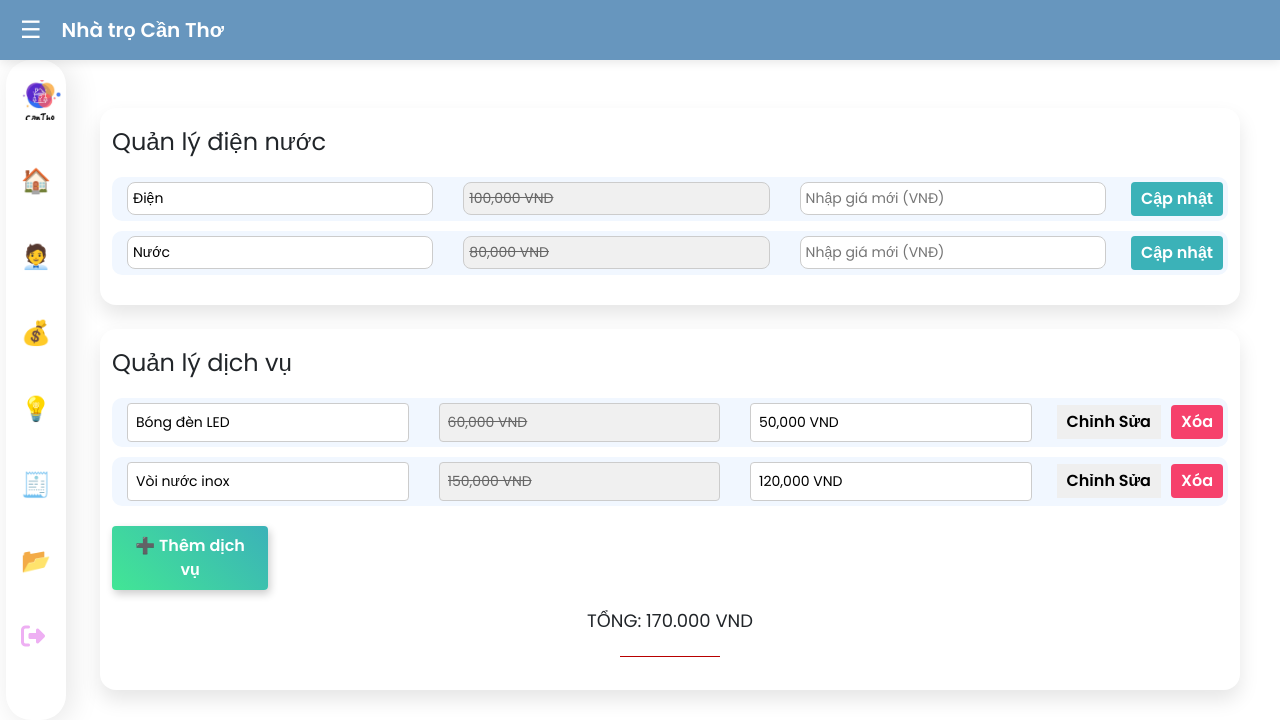
Repository: nhutty0402/DoAn02
Page: HTML/dichvu.html
The author's editor kept a copy of each file at every save. The page is drawn from the files as they stood at one save, then again after a run of saves.
The browser window is 1280 px wide. The pictures show the whole page.

Above is the page before, as saved 2025-03-21 00:18:51.

### HTML/dichvu.html
<!DOCTYPE html>
<html>
<head>
    <meta charset="utf-8">
    <meta http-equiv="X-UA-Compatible" content="IE=edge">
    <title></title>
    <meta name="description" content="">
    <meta name="viewport" content="width=device-width, initial-scale=1">
    <link rel="stylesheet" href="../css/dichvu.css">

    <!-- CSS -->
    <link href="https://cdn.jsdelivr.net/npm/bootstrap@5.3.3/dist/css/bootstrap.min.css" rel="stylesheet" integrity="sha384-QWTKZyjpPEjISv5WaRU9OFeRpok6YctnYmDr5pNlyT2bRjXh0JMhjY6hW+ALEwIH" crossorigin="anonymous">
    <link href="https://fonts.googleapis.com/css2?family=Poppins:wght@300;400;600&display=swap" rel="stylesheet">
    <link rel="stylesheet" href="https://cdnjs.cloudflare.com/ajax/libs/font-awesome/6.4.2/css/all.min.css">

    <!-- JS -->
    <script src="https://cdnjs.cloudflare.com/ajax/libs/jquery/3.7.1/jquery.min.js" integrity="sha512-v2CJ7UaYy4JwqLDIrZUI/4hqeoQieOmAZNXBeQyjo21dadnwR+8ZaIJVT8EE2iyI61OV8e6M8PP2/4hpQINQ/g==" crossorigin="anonymous" referrerpolicy="no-referrer"></script>
    <script src="https://cdn.jsdelivr.net/npm/@popperjs/core@2.11.8/dist/umd/popper.min.js" integrity="sha384-I7E8VVD/ismYTF4hNIPjVp/Zjvgyol6VFvRkX/vR+Vc4jQkC+hVqc2pM8ODewa9r" crossorigin="anonymous"></script>
    <script src="https://cdn.jsdelivr.net/npm/bootstrap@5.3.3/dist/js/bootstrap.min.js" integrity="sha384-0pUGZvbkm6XF6gxjEnlmuGrJXVbNuzT9qBBavbLwCsOGabYfZo0T0to5eqruptLy" crossorigin="anonymous"></script>
</head>

<body>
    <header class="header">
        <div class="menu-toggle">☰</div>
        <div class="header-title">Nhà trọ Cần Thơ</div>
    </header>

    <div class="sidebar">
        <div class="logo_content">
            <div class="logo">
                <div class="icon">
                    <img src="../imag/moi.jpg" alt="Logo">
                </div>
                <div class="logo_name">Xin chào, admin</div>
            </div>
        </div>
        <ul class="nav_list">
            <li><a href="menu.html"><span class="icon">🏠</span><span class="link_name">Trang chủ</span></a></li>
            <li><a href="Quanlykhachhang.html"><span class="icon">🧑‍💼</span><span class="link_name">Quản lý khách hàng</span></a></li>
            <li><a href="doanhthu.html"><span class="icon">💰</span><span class="link_name">Doanh thu</span></a></li>
            <li><a href="dichvu.html"><span class="icon">💡</span><span class="link_name">Dịch vụ</span></a></li>
            <li><a href="hoadon.html"><span class="icon">🧾</span><span class="link_name">Hóa đơn</span></a></li>
            <li><a href="quanlihopdong.html"><span class="icon">📂</span><span class="link_name">Quản lý hợp đồng</span></a></li>
            <li><a href="dangxuat.html" class="logout-link"><span class="icon"><i class="fas fa-sign-out-alt"></i></span><span class="link_name">Đăng Xuất</span></a></li>
        </ul>
    </div>

    <div class="content flex-grow-1 p-4">
        <div class="topbar d-flex justify-content-between align-items-center mb-4"></div>

        <!-- Quản lý điện nước -->
        <div class="container">
            <div class="cf-title-03">
                <h3>Quản lý điện nước</h3>
            </div>
            <div id="product-list">
                <!-- Sản phẩm mẫu được thêm trực tiếp trong HTML -->
                <div class="product">
                    <input type="text" value="Điện" placeholder="Tên sản phẩm" readonly>
                    <input type="text" value="100,000 VND" placeholder="Giá cũ (VNĐ)" readonly class="old-price">
                    <input type="text" value="" placeholder="Nhập giá mới (VNĐ)" oninput="formatCurrency(this)">
                    <div class="btn-group">
                        <button class="update-btn" onclick="updateProduct(this)">Cập nhật</button>
                    </div>
                </div>
                <div class="product">
                    <input type="text" value="Nước" placeholder="Tên sản phẩm" readonly>
                    <input type="text" value="80,000 VND" placeholder="Giá cũ (VNĐ)" readonly class="old-price">
                    <input type="text" value="" placeholder="Nhập giá mới (VNĐ)" oninput="formatCurrency(this)">
                    <div class="btn-group">
                        <button class="update-btn" onclick="updateProduct(this)">Cập nhật</button>
                    </div>
                </div>
            </div>
        </div><br>

        <!-- Quản lý dịch vụ -->
        <div class="container">
            <div class="cf-title-03">
                <h3>Quản lý dịch vụ</h3>
            </div>
            <div id="service-list">
                <!-- Dịch vụ mẫu được thêm trực tiếp trong HTML -->
                <div class="service">
                    <input type="text" value="Bóng đèn LED" placeholder="Tên sản phẩm" readonly class="product-name">
                    <input type="text" value="60,000 VND" placeholder="Giá cũ (VNĐ)" readonly class="old-price">
                    <input type="text" value="50,000 VND" placeholder="Nhập giá mới (VNĐ)" readonly class="new-price">
                    <div class="btn-group">
                        <button class="up-btn" onclick="updateService(this)">Chỉnh Sửa</button>
                        <button class="delete-btn" onclick="deleteService(this)">Xóa</button>
                    </div>
                </div>
                <div class="service">
                    <input type="text" value="Vòi nước inox" placeholder="Tên sản phẩm" readonly class="product-name">
                    <input type="text" value="150,000 VND" placeholder="Giá cũ (VNĐ)" readonly class="old-price">
                    <input type="text" value="120,000 VND" placeholder="Nhập giá mới (VNĐ)" readonly class="new-price">
                    <div class="btn-group">
                        <button class="up-btn" onclick="updateService(this)">Chỉnh Sửa</button>
                        <button class="delete-btn" onclick="deleteService(this)">Xóa</button>
                    </div>
                </div>
            </div>
            <button class="add-btn" onclick="addService()">➕ Thêm dịch vụ</button>
            <div class="cf-title-01">
                <h6>TỔNG: <span id="total-price">0 VND</span></h6>
            </div>
        </div>

    <!-- JavaScript -->
    <script>
        const toggle = document.querySelector('.menu-toggle');
        const sidebar = document.querySelector('.sidebar');
        toggle.addEventListener('click', () => {
            sidebar.classList.toggle('active');
        });

        function formatCurrency(input) {
            let value = input.value.replace(/\D/g, '');
            if (value === '') {
                input.value = '';
                return;
            }
            let number = parseInt(value, 10);
            input.value = number.toLocaleString('vi-VN') + ' VND';
        }

        function addService(name = "", price = "", oldPrice = "") {
            let serviceList = document.getElementById("service-list");
            let serviceDiv = document.createElement("div");
            serviceDiv.classList.add("service");
            serviceDiv.innerHTML = `
                <input type="text" value="${name}" placeholder="Tên sản phẩm">
                <input type="text" value="${oldPrice ? parseInt(oldPrice).toLocaleString('vi-VN') + ' VND' : ''}" placeholder="Giá cũ (VNĐ)" readonly class="old-price">
                <input type="text" value="${price}" placeholder="Nhập giá mới (VNĐ)" oninput="formatCurrency(this)">
                <div class="btn-group">
                    <button class="update-btn" onclick="updateService(this)">Cập nhật</button>
                    <button class="delete-btn" onclick="deleteService(this)">Xóa</button>
                </div>
            `;
            serviceList.appendChild(serviceDiv);
        }

        function updateProduct(button) {
            let productDiv = button.closest(".product");
            let inputs = productDiv.querySelectorAll("input");
            if (button.innerText === "Cập nhật") {
                let name = inputs[0].value.trim();
                let price = inputs[2].value.trim().replace(/\D/g, '');
                if (name === "" || price === "") {
                    alert("Vui lòng nhập đầy đủ thông tin!");
                    return;
                }
                inputs[0].setAttribute("readonly", true);
                inputs[2].setAttribute("readonly", true);
                button.innerText = "Chỉnh sửa";
                button.classList.remove("update-btn");
                button.classList.add("edi-btn");
                alert(`Cập nhật thành công: ${name} - ${inputs[2].value}`);
            } else {
                inputs[0].removeAttribute("readonly");
                inputs[2].removeAttribute("readonly");
                button.innerText = "Cập nhật";
                button.classList.remove("edi-btn");
                button.classList.add("update-btn");
            }
        }

        function updateService(button) {
            let serviceDiv = button.closest(".service");
            let inputs = serviceDiv.querySelectorAll("input");
            if (button.innerText === "Cập nhật") {
                let name = inputs[0].value.trim();
                let price = inputs[2].value.trim().replace(/\D/g, '');
                if (name === "" || price === "") {
                    alert("Vui lòng nhập đầy đủ thông tin!");
                    return;
                }
                inputs[0].setAttribute("readonly", true);
                inputs[2].setAttribute("readonly", true);
                button.innerText = "Chỉnh sửa";
                button.classList.remove("update-btn");
                button.classList.add("edi-btn");
                alert(`Cập nhật thành công: ${name} - ${inputs[2].value}`);
            } else {
                inputs[0].removeAttribute("readonly");
                inputs[2].removeAttribute("readonly");
                button.innerText = "Cập nhật";
                button.classList.remove("edi-btn");
                button.classList.add("update-btn");
            }
        }

        function deleteService(button) {
            if (confirm("Bạn có chắc muốn xóa sản phẩm này?")) {
                button.closest(".service").remove();
            }
        }
    </script>
    <!--Tính tổng-->
    <script>
        // Hàm tính tổng giá mới và hiển thị
        function calculateTotal() {
            const newPriceInputs = document.querySelectorAll('.new-price');
            let total = 0;

            newPriceInputs.forEach(input => {
                // Lấy giá trị từ input, loại bỏ " VND" và dấu phẩy
                const priceText = input.value.replace(' VND', '').replace(/,/g, '');
                const price = parseFloat(priceText) || 0; // Chuyển thành số, nếu không hợp lệ thì trả về 0
                total += price;
            });

            // Định dạng tổng với dấu phẩy và thêm " VND"
            const formattedTotal = total.toLocaleString('vi-VN') + ' VND';
            document.getElementById('total-price').textContent = formattedTotal;
        }

        // Hàm thêm dịch vụ mới
        function addService() {
            const serviceList = document.getElementById('service-list');
            const newService = document.createElement('div');
            newService.className = 'service';
            newService.innerHTML = `
                <input type="text" placeholder="Tên sản phẩm" class="product-name">
                <input type="text" placeholder="Giá cũ (VNĐ)" class="old-price">
                <input type="text" placeholder="Nhập giá mới (VNĐ)" class="new-price" oninput="calculateTotal()">
                <div class="btn-group">
                    <button class="up-btn" onclick="updateService(this)">Chỉnh sửa</button>
                    <button class="delete-btn" onclick="deleteService(this)">Xóa</button>
                </div>
            `;
            serviceList.appendChild(newService);
            calculateTotal(); // Cập nhật tổng sau khi thêm
        }

        // Hàm chỉnh sửa dịch vụ (giữ đơn giản, chỉ cho phép chỉnh sửa và lưu)
        function updateService(button) {
            const service = button.closest('.service');
            const inputs = service.querySelectorAll('input');
            const isReadOnly = inputs[0].hasAttribute('readonly');

            if (isReadOnly) {
                // Chuyển sang chế độ chỉnh sửa
                inputs.forEach(input => input.removeAttribute('readonly'));
                button.textContent = 'Cập Nhật';
            } else {
                // Chuyển về chế độ readonly
                inputs.forEach(input => input.setAttribute('readonly', true));
                button.textContent = 'Chỉnh sửa';
                calculateTotal(); // Cập nhật tổng sau khi lưu
            }
        }

        // Hàm xóa dịch vụ
        function deleteService(button) {
            const service = button.closest('.service');
            service.remove();
            calculateTotal(); // Cập nhật tổng sau khi xóa
        }

        // Tính tổng khi trang được tải
        window.onload = calculateTotal;
    </script>
</body>
</html>

### CSS/dichvu.css
/* Reset cơ bản */
* {
  margin: 0;
  padding: 0;
  box-sizing: border-box;
  font-family: 'Poppins', sans-serif;
}

/* Thiết lập body */
body {
  min-height: 100vh;
  background: #e7e7e7;
  display: flex;
  flex-direction: column;
}

/* Header ngang */
.header {
  width: 100%;
  height: 60px;
  background: #6796be;
  color: white;
  display: flex;
  align-items: center;
  padding: 0 20px;
  box-shadow: 0 2px 10px rgba(0, 0, 0, 0.1);
  position: fixed;
  top: 0;
  z-index: 1000;
}

.menu-toggle {
  font-size: 24px;
  cursor: pointer;
  margin-right: 20px;
}

.header-title {
  font-size: 20px;
  font-weight: 600;
}

/* Sidebar dọc */
.sidebar {
  position: fixed;
  top: 60px;
  left: 0;
  height: calc(100% - 60px);
  width: 60px;
  background: #fff;
  margin-left: 6px;
  padding: 10px 5px;
  transition: width 0.3s ease;
  box-shadow: 5px 3px 30px rgba(0, 0, 0, 0.1);
  border-radius: 25px;
  z-index: 900;
}

.sidebar.active {
  width: 240px;
}

.logo_content {
  display: flex;
  align-items: center;
  height: 60px;
  padding: 0 10px;
}

.logo {
  display: flex;
  align-items: center;
  gap: 10px;
}

.logo .icon img {
  width: 40px; /* Kích thước logo nhỏ hơn và đồng đều */
  height: 40px;
  object-fit: cover; /* Đảm bảo ảnh không bị méo */
}

.logo_name {
  font-size: 18px;
  font-weight: 700;
  opacity: 0;
  transition: opacity 0.3s ease;
}

.sidebar.active .logo_name {
  opacity: 1;
}

.nav_list {
  list-style: none;
  padding-left: 0;
  margin-top: 10px;
}

.nav_list li {
  display: flex;
  align-items: center;
  height: 50px; /* Giảm height để khoảng cách đều hơn */
  margin: 26px 0; /* Khoảng cách giữa các mục */
}

.nav_list li a {
  text-decoration: none;
  color: #333;
  display: flex;
  align-items: center;
  width: 100%;
  font-weight: 700;
  padding: 0 10px; /* Khoảng cách bên trong thẻ a */
  transition: font-weight 0.3s ease, transform 0.3s ease; /* Thêm transition cho hiệu ứng */
}
.nav_list li a:hover {
  transform: scale(1.05); /* Phóng to 5% khi hover */
}
.nav_list li .icon {
  font-size: 24px; /* Icon đồng đều kích thước */
  width: 40px; /* Đảm bảo icon căn đều */
  text-align: center;
}

.link_name {
  font-size: 16px;
  opacity: 0;
  transition: opacity 0.3s ease;
}

.sidebar.active .link_name {
  opacity: 1;
}

/* Nội dung chính */
.content {
  margin-top: 60px;
  margin-left: 60px;
  padding: 20px;
  flex-grow: 1;
  transition: margin-left 0.3s ease, width 0.3s ease;
  width: calc(100% - 60px);
  max-width: calc(100vw - 60px);
}

.sidebar.active ~ .content {
  margin-left: 240px;
  width: calc(100% - 240px);
  max-width: calc(100vw - 240px);
}

/* Thanh tìm kiếm */
.search-bar {
  display: flex;
  align-items: center;
  height: 38.5px;
  margin-left: auto;
  background-color: #fff;
  border-radius: 15px;
  padding: 5px;
  box-shadow: 0px 4px 6px rgba(0, 0, 0, 0.2);
  border: 2px solid #5E3582;
}

.search-bar input {
  border: none;
  outline: none;
  padding: 5px 10px;
  border-radius: 5px;
  font-size: 14px;
  width: 90px;
  transition: width 0.3s ease;
}

.search-bar input:focus {
  width: 270px;
}

.search-bar button {
  background-color: #eeaff3;
  border: none;
  color: #1c1919;
  padding: 5px 10px;
  height: 28px;
  border-radius: 10px;
  font-size: 14px;
  cursor: pointer;
  margin-left: 5px;
  transition: background-color 0.3s ease;
}

.search-bar button:hover {
  background-color: #f186f1;
}

/* Button group */
.button-group {
  display: flex;
  gap: 5px;
  padding-left: 10px;
}

.button-group .dathue:hover {
  background: rgb(167, 222, 214);
  color: black;
}

.button-group .phongtrong:hover {
  background: rgb(246, 237, 156);
  color: black;
}

.button-group .hientatca:hover {
  background: rgba(249, 205, 158, 0.952);
  color: black;
}

/* Đăng xuất */
.logout-link {
  display: flex;
  align-items: center;
  text-decoration: none;
  color: #1c1919;
  padding: 10px 15px;
  border-radius: 8px;
  transition: background-color 0.3s ease, transform 0.3s ease;
}
/* Đăng xuất */
.logout-link {
  display: flex;
  align-items: center;
  text-decoration: none;
  color: #1c1919;
  padding: 10px 15px;
  border-radius: 8px;
  transition: background-color 0.3s ease, transform 0.3s ease, font-weight 0.3s ease; /* Thêm transition cho font-weight */
}
.logout-link .icon {
  font-size: 24px; /* Đồng đều với các icon khác */
  width: 40px;
  text-align: center;
  color: #eeaff3;
  transition: transform 0.3s ease;
}

.logout-link .link_name {
  font-size: 16px;
  font-weight: 600;
}

.logout-link:hover {
  background-color: #f6cff3;
  transform: scale(1.05);
}

.logout-link:hover .icon {
  transform: rotate(-20deg);
  color: #d94bd3;
}



/* ====================================================================================================== */
/* ======================================THÂN============================================================= */
/* ========================================================================================================= */

@import url('https://fonts.googleapis.com/css2?family=Poppins:wght@300;400;600&display=swap');

/* body {
    font-family: 'Poppins', sans-serif;
    background: linear-gradient(135deg, #89f7fe, #66a6ff);
    padding: 20px;
    text-align: center;
} */

.container {
    max-width: 600px;
    margin: auto;
    background: white;
    padding: 20px;
    border-radius: 16px;
    box-shadow: 0 10px 20px rgba(0, 0, 0, 0.1);
}

/* h2 {
    color: #333;
    font-weight: 600;
    margin-bottom: 10px;
} */

.product {
    display: flex;
    justify-content: space-between;
    align-items: center;
    padding: 5px;
    border-radius: 10px;
    background: #f1f7ff;
    margin: 10px 0;
    transition: transform 0.1s ease-in-out;
}

.product:hover {
    transform: scale(1.01);
}

.product input {
    flex: 1;
    margin: 0 10px;
    padding: 8px;
    border: 1px solid #ccc;
    border-radius: 8px;
    font-size: 14px;
    transition: all 0.3s;
}

.product input:focus {
    border-color: #007bff;
    outline: none;
    box-shadow: 0 0 5px rgba(0, 123, 255, 0.3);
}

.btn-group {
    display: flex;
    gap: 8px;
}

button {
    border: none;
    cursor: pointer;
    padding: 8px 14px;
    font-size: 14px;
    transition: 0.3s;
    border-radius: 10px;
    font-weight: bold;
}

.update-btn {
    background:  #3bb2b8;
    color: white;
    border-radius: 12px;
}

.update-btn:hover{
  transform: scale(1.05);
}
.edi-btn {
    background:  #f2b876e8;
    color: white;
    border-radius: 12px;
}
.edi-btn:hover{
  transform: scale(1.05);
}
.delete-btn {
    background:  #f6416c;
    color: white;
    border-radius: 12px;
}
.delete-btn:hover{
  transform: scale(1.05);
}
.add-btn {
    width: 14%;
    font-size: 16px;
    padding: 12px;
    color: white;
    background: linear-gradient(45deg, #42e695, #3bb2b8);
    font-weight: bold;
    border-radius: 12px;
    box-shadow: 2px 4px 8px rgba(0, 0, 0, 0.2);
    transition: all 0.3s ease-in-out;
}

.add-btn:hover {
    transform: scale(1.05);
    box-shadow: 4px 6px 12px rgba(0, 0, 0, 0.3);
}
/* ============================================================================================== */
/* ===BẢNG DỊCH VỤ 2============================================================ */
/* =========================================================================================================== */
.service{
  display: flex;
  justify-content: space-between;
  align-items: center;
  padding: 5px;
  border-radius: 10px;
  background: #f1f7ff;
  margin: 10px 0;
  transition: transform 0.1s ease-in-out;
}

.service:hover {
  transform: scale(1.01);
}

.service input {
  flex: 1;
  margin: 0 10px;
  padding: 8px;
  border: 1px solid #ccc;
  border-radius: 8px;
  font-size: 14px;
  transition: all 0.3s;
}

.service input:focus {
  border-color: #007bff;
  outline: none;
  box-shadow: 0 0 5px rgba(0, 123, 255, 0.3);
}
/* ===================================================TỔNG======================================== */




.cf-title-01 h6 {
	text-align:center;
	text-transform:uppercase;
	padding-bottom:5px;
}
/* .cf-title-01 h6:before {
	width:28px;
	height:5px;
	display:block;
	content:"";
	position:absolute;
	bottom:3px;
	left:50%;
	margin-left:-14px;
	background-color:#b80000;
} */
.cf-title-01 h6:after {
	width:100px;
	height:1px;
	display:block;
	content:"";
	position:relative;
	margin-top:25px;
	left:50%;
	margin-left:-50px;
	background-color: #b80000;
}

.container {
  max-width: 800px;
  margin: 20px auto;
  padding: 20px;
}
.product, .service {
  display: flex;
  align-items: center;
  margin: 10px 0;
  gap: 10px;
}
input[type="text"] {
  padding: 5px;
  flex: 1;
}
input[readonly].old-price {
  background-color: #f0f0f0;
  color: #666;
  text-decoration: line-through;
}
.btn-group button {
  margin-left: 5px;
  padding: 5px 10px;
  cursor: pointer;
}
.add-btn {
  padding: 5px 10px;
  margin-top: 10px;
}
/* Tính tổng */
.container {
  max-width: 800px;
  margin: 0 auto;
  padding: 20px;
}

.cf-title-03 h3 {
  font-size: 24px;
  margin-bottom: 20px;
}

.service {
  display: flex;
  align-items: center;
  gap: 10px;
  margin-bottom: 10px;
}

.service input {
  padding: 8px;
  border: 1px solid #ccc;
  border-radius: 4px;
  width: 200px;
}

.btn-group {
  display: flex;
  gap: 5px;
}

.update-btn, .delete-btn, .add-btn {
  padding: 8px 15px;
  border: none;
  border-radius: 4px;
  cursor: pointer;
}



.cf-title-01 h6 {
  font-size: 18px;
  margin-top: 20px;
}

After the next 3 saves:
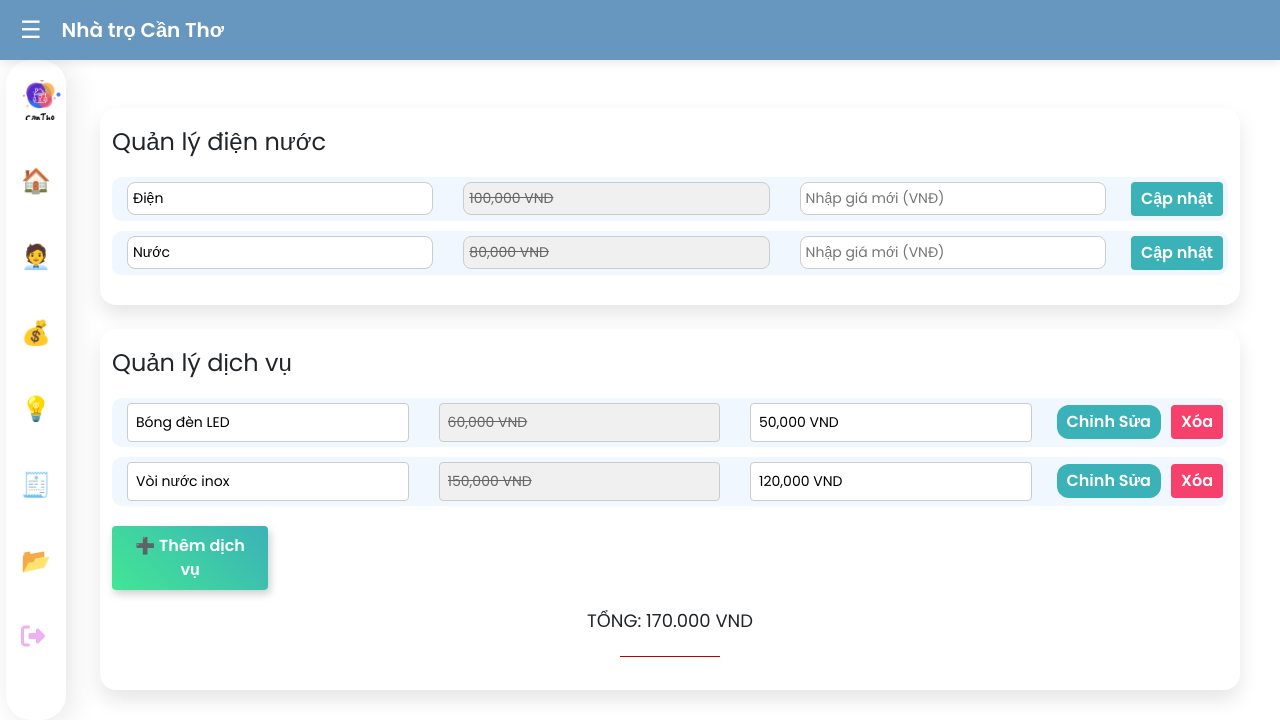
The 3 saves are shown as one change because they came seconds apart.
The last was saved 9 s later.
--- a/CSS/dichvu.css
+++ b/CSS/dichvu.css
@@ -338,6 +338,11 @@ button {
     background:  #3bb2b8;
     color: white;
     border-radius: 12px;
+}
+.up-btn {
+  background:  #3bb2b8;
+  color: white;
+  border-radius: 12px;
 }
 
 .update-btn:hover{
